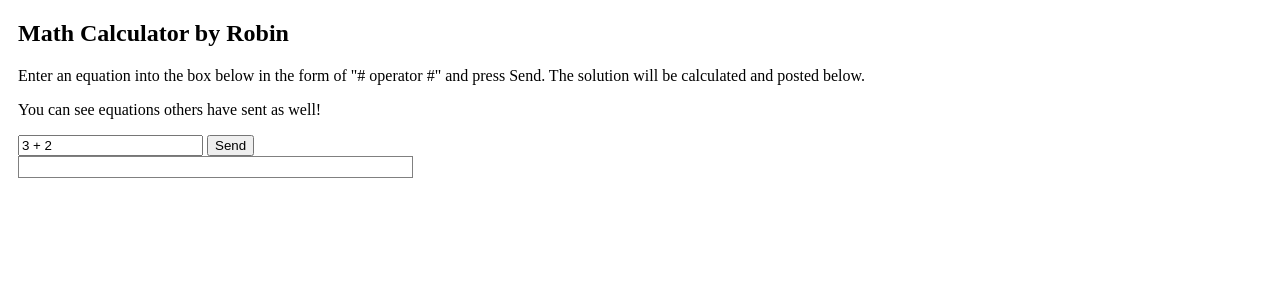
Repository: robinexcalibur/BasicMathServer
Page: EclipseMathWebServer/MathWebServer/WebContent/index.html
An editor plug-in stored every save of this project. The page is shown before and after the next save, followed by the edit.
The browser window is 1280 px wide. The pictures show the whole page.
The page's requests for data from a server got no answer.

Above is the page before, as saved 2020-05-27 19:10:19.

After the next save:
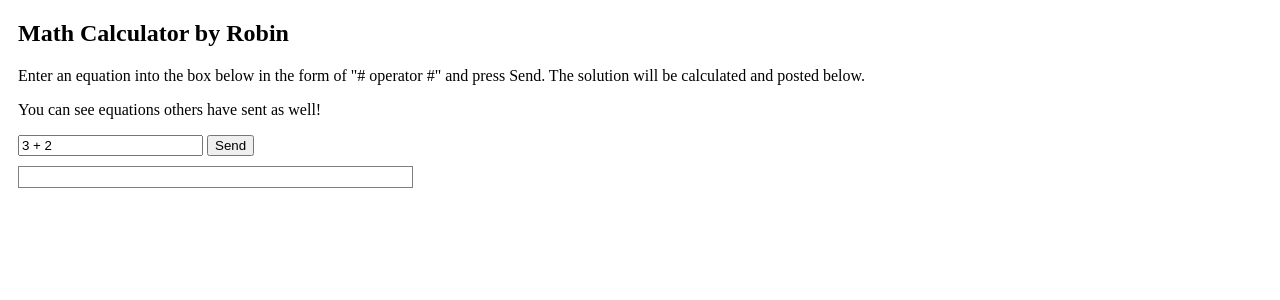
Saved 116 s later.
--- a/EclipseMathWebServer/MathWebServer/WebContent/index.html
+++ b/EclipseMathWebServer/MathWebServer/WebContent/index.html
@@ -39,9 +39,9 @@
 		<p>You can see equations others have sent as well!</p>
 		<input id="equation" type="text" name="equation" value="3 + 2">
 		<input type="submit" value="Send" onclick="postEquation()">
-		<br>
 
-		<div id="equa" style="padding:10px; border: 1px solid grey;width:30%;"></div>
+
+		<div id="equa" style="padding:10px; margin-top: 10px; border: 1px solid grey;width:30%;"></div>
 	</div>
 
 </body>
